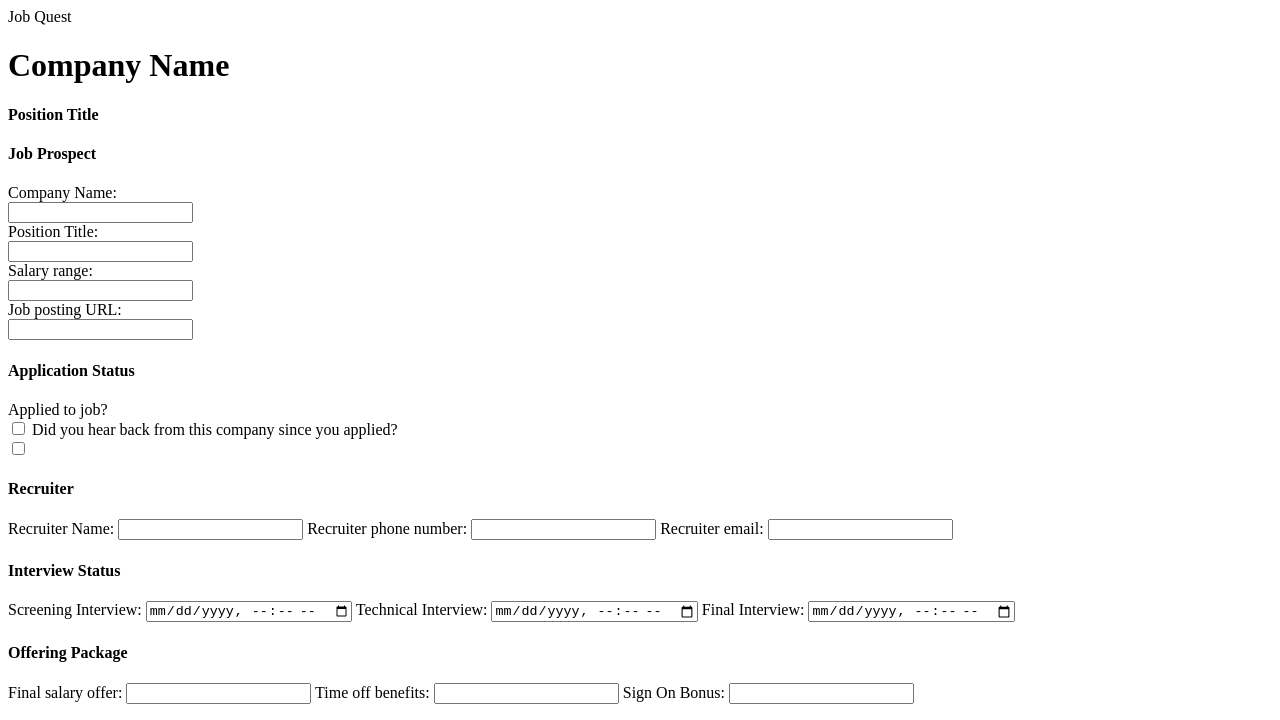
Repository: AllSystemsRGeorge/Job-Quest
Page: utils/mainPageHelper.html
An editor plug-in stored every save of this project. The page is shown before and after the next save, followed by the edit.
The browser window is 1280 px wide. The pictures show the whole page.

Above is the page before, as saved 2022-08-04 17:43:14.

### utils/mainPageHelper.html
<!DOCTYPE html>
<html lang="en">
<head>
    <meta charset="UTF-8">
    <meta http-equiv="X-UA-Compatible" content="IE=edge">
    <meta name="viewport" content="width=device-width, initial-scale=1.0">
    <title>Job Quest</title>
</head>
<body>
    <nav>Job Quest</nav>
    <div class="jobCard">
        <div class="cardHeader">
            <h1>Company Name</h1>
            <h4>Position Title</h4>
        </div>
    </div>
    <form>
        <!-- job summary -->
        <h4>Job Prospect</h4>
        <label for="name">Company Name:</label><br>
        <input type="text" name="name"><br>
        <label for="position">Position Title:</label><br>
        <input type="text" name="position"><br>
        <label for="initialSalary">Salary range:</label><br>
        <input type="number" name="initialSalary"><br>
        <label for="jobDesLink">Job posting URL: </label><br>
        <input type="url" name="jobDesLink">

        <!-- application process -->
        <h4>Application Status</h4>
        <label for="applied">Applied to job?</label><br>
        <input type="checkbox" name="jobApplication">
        <label for="feedback">Did you hear back from this company since you applied?</label><br>
        <input type="checkbox" name="feedback">

        <!-- recruiter contact info -->
        <h4>Recruiter</h4>
        <label for="recName">Recruiter Name:</label>
        <input type="text" name="recName">
        <label for="recPhoneNum">Recruiter phone number:</label>
        <input type="tel" name="recPhoneNum">
        <label for="recEmail">Recruiter email:</label>
        <input type="email" name="recEmail">

        <!-- interview process -->
        <h4>Interview Status</h4>
        <label for="screeningInt">Screening Interview:</label>
        <input type="datetime-local" name="screeningInt">
        <label for="technicalInt">Technical Interview:</label>
        <input type="datetime-local" name="technicalInt">
        <label for="finalInt">Final Interview:</label>
        <input type="datetime-local" name="finalInt">

        <!-- hiring process -->
        <h4>Offering Package</h4>
        <label for="finalSalary">Final salary offer:</label>
        <input type="number" name="finalSalary">
        <label for="finalSalary">Time off benefits:</label>
        <input type="text" name="finalSalary">
        <label for="stockOpt">Sign On Bonus:</label>
        <input type="number" name="finalSalary">

    </form>
</body>
</html>

After the next save:
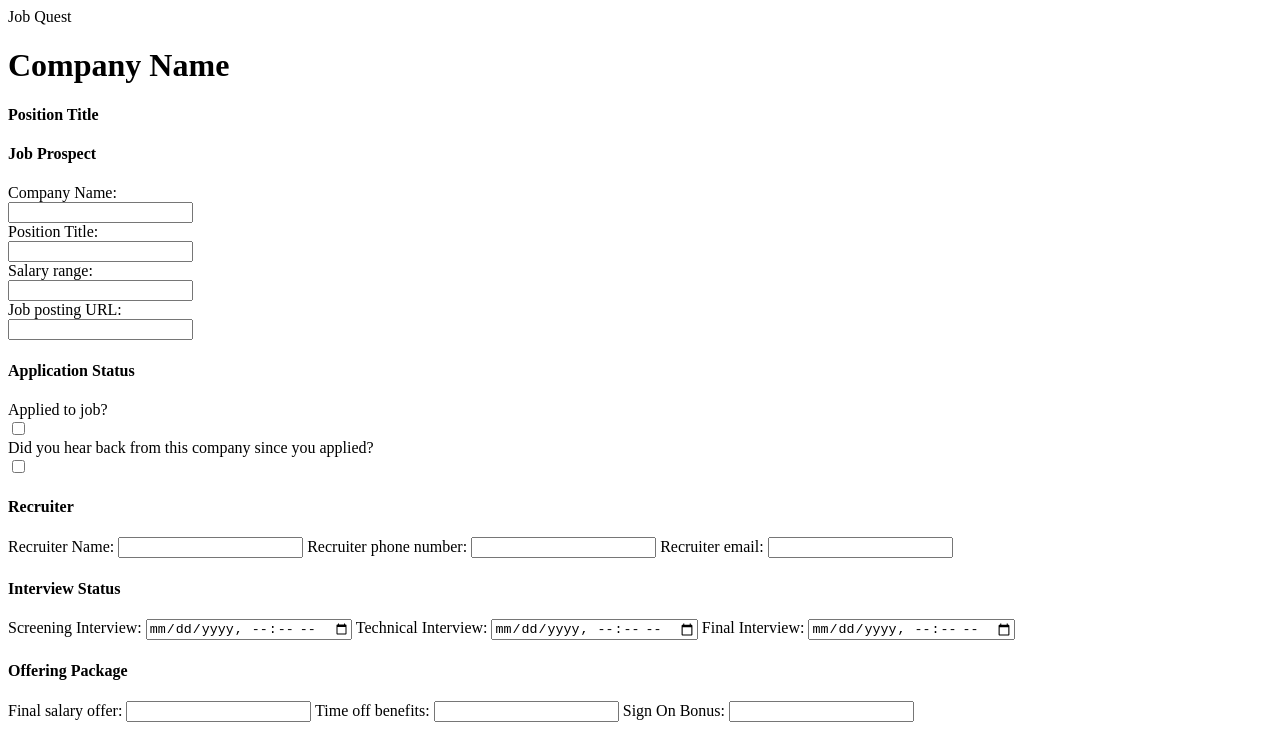
Saved 59 s later.
--- a/utils/mainPageHelper.html
+++ b/utils/mainPageHelper.html
@@ -29,7 +29,7 @@
         <!-- application process -->
         <h4>Application Status</h4>
         <label for="applied">Applied to job?</label><br>
-        <input type="checkbox" name="jobApplication">
+        <input type="checkbox" name="jobApplication"><br>
         <label for="feedback">Did you hear back from this company since you applied?</label><br>
         <input type="checkbox" name="feedback">
 
